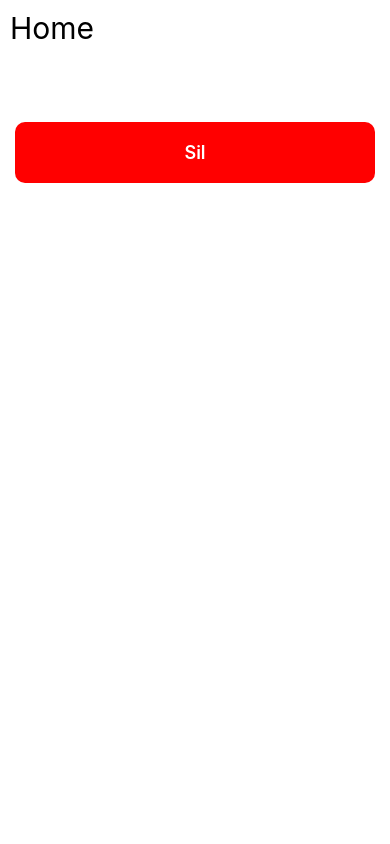
Repository: Kubraaygun/ReactNativeMVVM
Screen: /
These files come from the project's save history. The screen is drawn as it stood at one moment and after the next save; the edit follows.
The app was drawn by React Native's web renderer in a window 390 px wide. The project was rebuilt for these pictures with package versions that can differ from the ones it lists, and the page was loaded fresh each time.

Above is the screen before, as saved 2024-12-12 01:19:31.

### App.jsx
//import liraries
import React, {Component} from 'react';
import {View, Text, StyleSheet} from 'react-native';
import Home from './src/screens/home';

// create a component
const App = () => {
  return <Home />;
};

export default App;

### src/screens/home/index.jsx
//import liraries
import React, {Component} from 'react';
import {View, Text, StyleSheet, SafeAreaView, Alert} from 'react-native';
import Button from '../../components/ui/button';

// create a component
const Home = () => {
  return (
    <SafeAreaView style={styles.container}>
      <View style={styles.screen}>
        <Text style={{fontSize: 30}}>Home</Text>
        <Button
          status="success"
          onPress={() => Alert.alert('merhaba')}
          title="Kaydet"
        />
        <Button onPress={() => Alert.alert('merhaba')} title="Sil" />
      </View>
    </SafeAreaView>
  );
};

// define your styles
const styles = StyleSheet.create({
  container: {
    flex: 1,
    backgroundColor: '#fff',
    padding: 10,
  },
  screen: {
    padding: 10,
    flex: 1,
  },
});

//make this component available to the app
export default Home;

### src/components/ui/button.jsx
//import liraries
import React, {Component} from 'react';
import {View, Text, StyleSheet, TouchableOpacity, Alert} from 'react-native';

// create a component
const Button = props => {
  const {title, status} = props;
  return (
    <TouchableOpacity
      {...props}
      style={[
        styles.container,
        status == 'success' ? styles.success : styles.error,
      ]}>
      <Text style={styles.title}>{title}</Text>
    </TouchableOpacity>
  );
};

// define your styles
const styles = StyleSheet.create({
  container: {
    justifyContent: 'center',
    alignItems: 'center',
    backgroundColor: 'purple',
    padding: 20,
    borderRadius: 10,
    margin: 5,
  },

  success: {
    backgroundColor: 'darkGray',
  },
  error: {
    backgroundColor: 'red',
  },

  title: {
    color: 'white',
    fontWeight: '600',
    fontSize: 18,
  },
});

//make this component available to the app
export default Button;

After the next save:
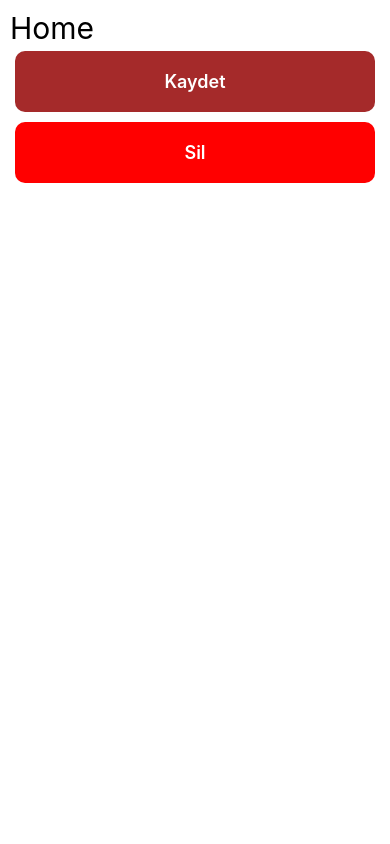
Saved 6 s later.
--- a/src/components/ui/button.jsx
+++ b/src/components/ui/button.jsx
@@ -29,7 +29,7 @@ const styles = StyleSheet.create({
   },
 
   success: {
-    backgroundColor: 'darkGray',
+    backgroundColor: 'brown',
   },
   error: {
     backgroundColor: 'red',
